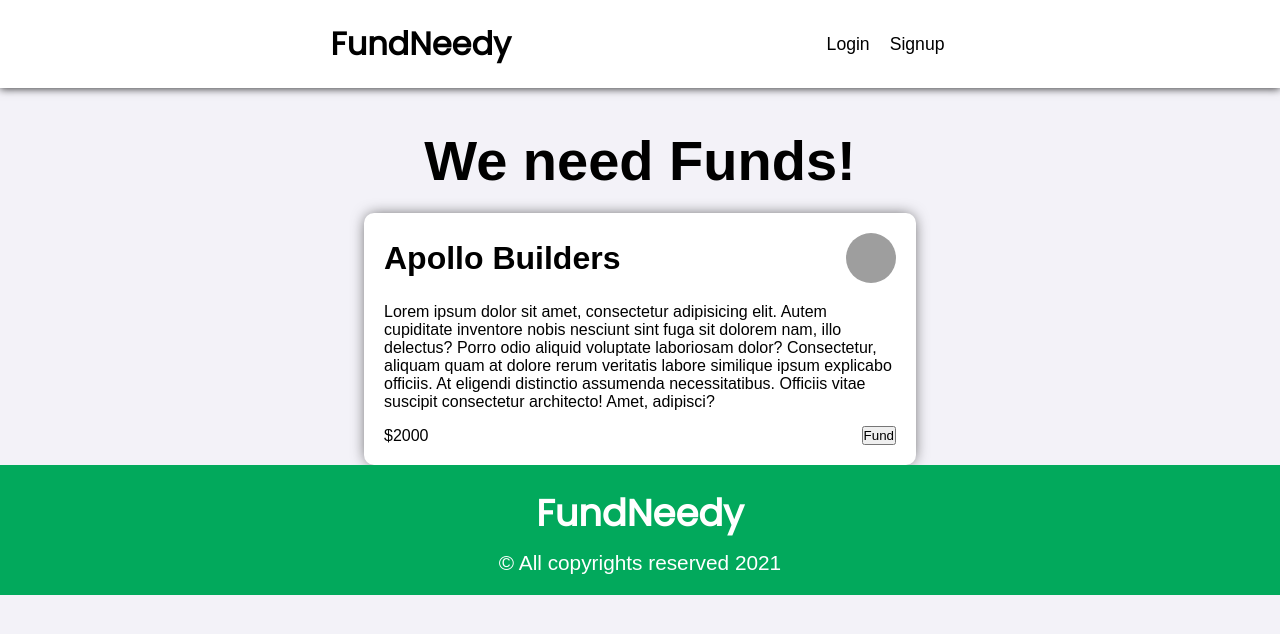
Repository: osdc/codejam
Page: /needies (app in sassy-sandwiches/fund-needy/)
An editor plug-in stored every save of this project. The page is shown before and after the next save, followed by the edit.
The browser window is 1280 px wide. The pictures show the whole page.
Pictures or frames that could not be fetched are drawn as grey boxes. The project was rebuilt for these pictures with package versions that can differ from the ones it lists, and the page was loaded fresh each time. Also part of the build but not shown: sassy-sandwiches/fund-needy/src/Showcase.css, sassy-sandwiches/fund-needy/src/Showcase.js.

Above is the page before, as saved 2021-01-09 19:41:21.

After the next save:
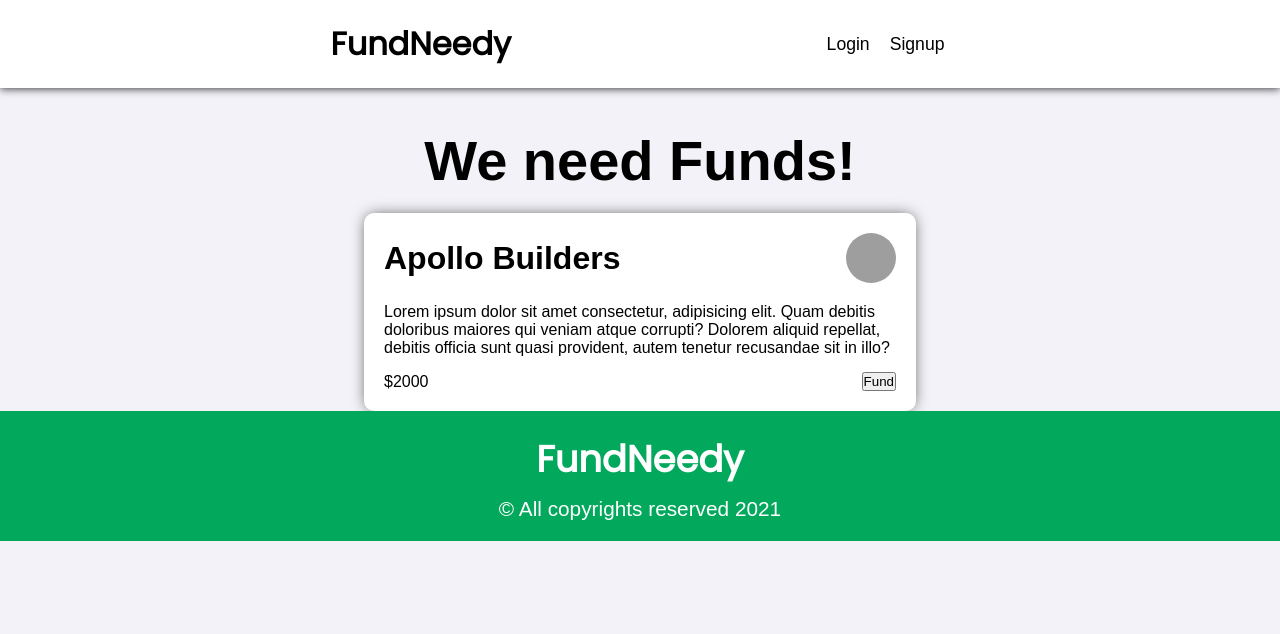
Saved 7 s later.
--- a/sassy-sandwiches/fund-needy/src/Needy.js
+++ b/sassy-sandwiches/fund-needy/src/Needy.js
@@ -13,12 +13,10 @@ function Needy() {
       </div>
       <div className="needy_body">
         <p>
-          Lorem ipsum dolor sit amet, consectetur adipisicing elit. Autem
-          cupiditate inventore nobis nesciunt sint fuga sit dolorem nam, illo
-          delectus? Porro odio aliquid voluptate laboriosam dolor? Consectetur,
-          aliquam quam at dolore rerum veritatis labore similique ipsum
-          explicabo officiis. At eligendi distinctio assumenda necessitatibus.
-          Officiis vitae suscipit consectetur architecto! Amet, adipisci?
+          Lorem ipsum dolor sit amet consectetur, adipisicing elit. Quam debitis
+          doloribus maiores qui veniam atque corrupti? Dolorem aliquid repellat,
+          debitis officia sunt quasi provident, autem tenetur recusandae sit in
+          illo?
         </p>
       </div>
       <div className="needy_footer">
